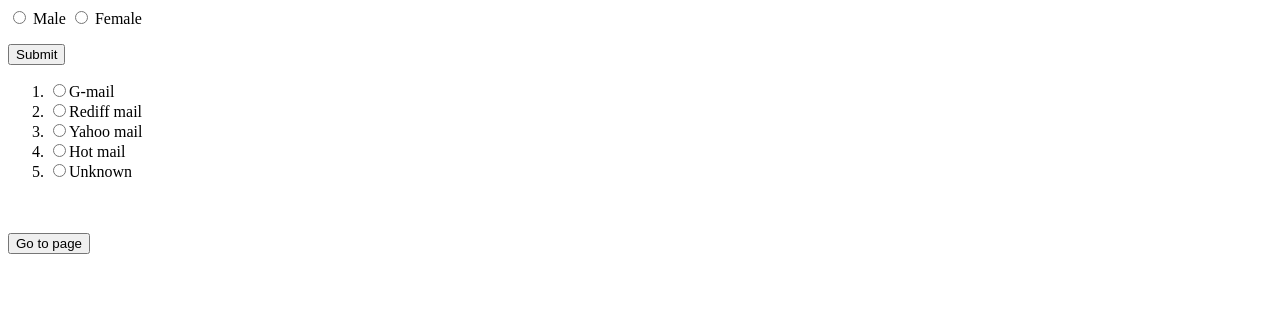
Repository: himangi6550/Servlet
Page: Servlet_Assign-3/WebContent/index.html
The author's editor kept a copy of each file at every save. The page is drawn from the files as they stood at one save, then again after the next save.
The browser window is 1280 px wide. The pictures show the whole page.

Above is the page before, as saved 2022-02-15 15:16:25.

### Servlet_Assign-3/WebContent/index.html
<!DOCTYPE html>
<html>
<head>
<meta charset="ISO-8859-1">
<title>Index</title>
</head>
<body>
<form action="redirectServlet" method="post">

		<input type="radio" name="gender" value="male"> Male
<input type="radio" name="gender" value="female"> Female
<p><input type="submit" value="Submit"></p>

		<ol>
		<li><input type="radio" name="options" value="gmail"/><label>G-mail</label></li>
		<li><input type="radio" name="options" value="rediff"/><label>Rediff mail</label></li>
		<li><input type="radio" name="options" value="yahoo"/><label>Yahoo mail</label></li>
		<li><input type="radio" name="options" value="hotmail"/><label>Hot mail</label></li>
		<li><input type="radio" name="options" value="unknown"/><label>Unknown</label></li>
		</ol>
		<br><br>
		<input type="submit" value="Go to page"/>
	</form>




</body>
</html>

After the next save:
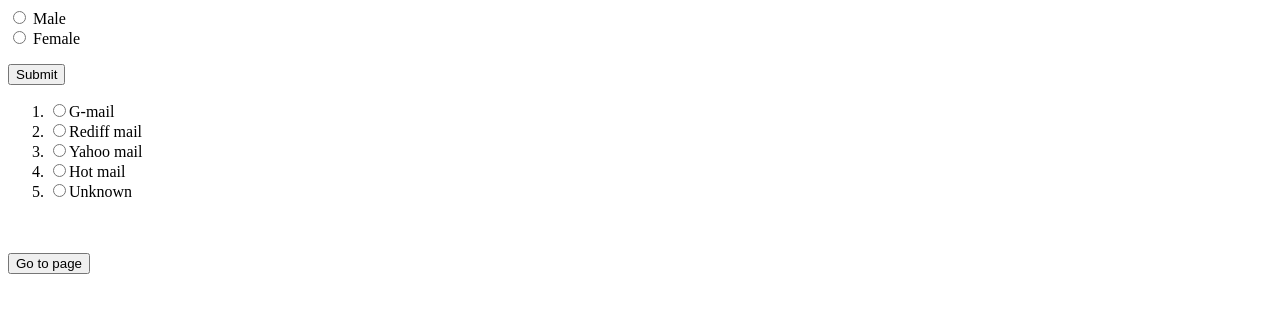
Saved 27 s later.
--- a/Servlet_Assign-3/WebContent/index.html
+++ b/Servlet_Assign-3/WebContent/index.html
@@ -7,8 +7,8 @@
 <body>
 <form action="redirectServlet" method="post">
 
-		<input type="radio" name="gender" value="male"> Male
-<input type="radio" name="gender" value="female"> Female
+		<input type="radio" name="gender" value="male"> Male<br>
+<input type="radio" name="gender" value="female"> Female<br>
 <p><input type="submit" value="Submit"></p>
 
 		<ol>
